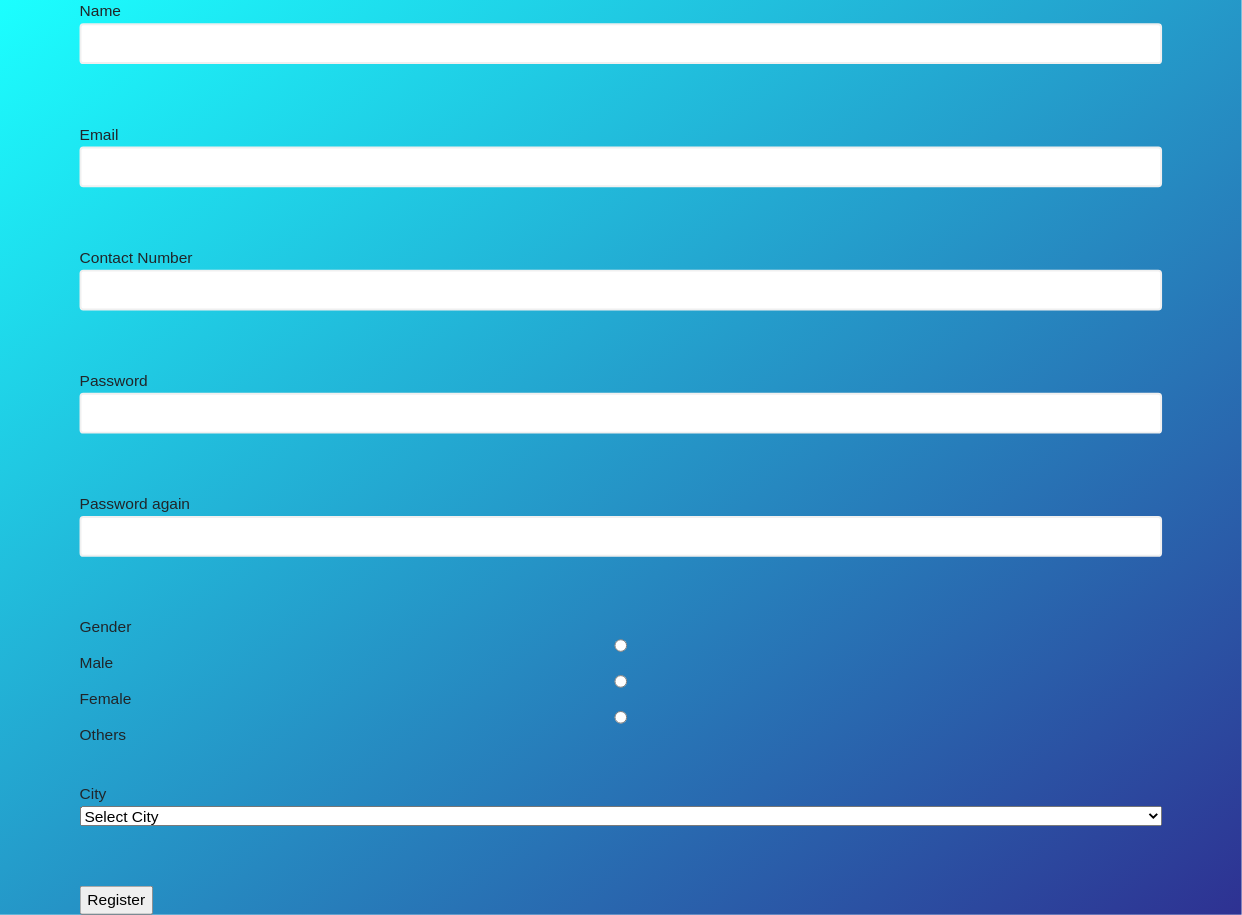
Repository: MD-1107/ISS_Assignment
Page: http://localhost/DemoRegisterLogin/Register
These files come from the project's save history. The page is drawn as it stood at one moment and after the next save; the edit follows.
The browser window is 1280 px wide. The pictures show the whole page, at 97% of full size.
The page is served by Tomcat 9. Other server files are loaded and not shown.

Above is the page before, as saved 2024-01-03 11:49:54.

### INTEGRATING CLIENT SIDE PROGRAMMING/DemoRegisterLogin/src/main/webapp/register.jsp
<%@ page language="java" contentType="text/html; charset=UTF-8"
    pageEncoding="UTF-8"%>
<!DOCTYPE html>
<html>
<head>
<meta charset="UTF-8">
<title>Insert title here</title>
 <link href="https://cdn.jsdelivr.net/npm/bootstrap@5.3.2/dist/css/bootstrap.min.css" rel="stylesheet" integrity="sha384-T3c6CoIi6uLrA9TneNEoa7RxnatzjcDSCmG1MXxSR1GAsXEV/Dwwykc2MPK8M2HN" crossorigin="anonymous">
 <script src="https://cdn.jsdelivr.net/npm/bootstrap@5.3.2/dist/js/bootstrap.bundle.min.js" integrity="sha384-C6RzsynM9kWDrMNeT87bh95OGNyZPhcTNXj1NW7RuBCsyN/o0jlpcV8Qyq46cDfL" crossorigin="anonymous"></script>
 <script src="script.js"></script>
 <link rel="stylesheet" href="style.css">
</head>
<body>
<div class="container">
<form name="registerForm" action="Register" method="post">

<div class="input-control">
<label for="name">Name</label>
<input type="text" id="name" name="name"/>
<br/> <br/>
<div class="error"></div>
</div>

<div class="input-control">
<label for="email">Email</label>
<input type="email" id="email" name="email"/>
<br/> <br/>
<div class="error"></div>
</div>


<div class="input-control">
<label for="contact">Contact Number</label>
<input type="text" id="contact" name="contact"/>
<br/> <br/>
<div class="error"></div>
</div>


<div class="input-control">
<label for="password">Password</label>
<input type="password" id="password" name="password"/>
<br/> <br/>
<div class="error"></div>
</div>

<div class="input-control">
<label for="password2">Password again</label>
<input type="password" id="password2" name="password2"/>
<br/> <br/>
<div class="error"></div>
</div>

<div class="input-control">
<label for="gender">Gender</label>
<input type="radio" id="gender" name="gender"/> Male<input type="radio" name="gender">Female<input type="radio" name="gender">Others
<br/> <br/>
<div class="error"></div>
</div>

<div class="input-control">
<label for="city">City</label>
<select name="city" id="city">
          <option> Select City </option>
          <option> Delhi </option>
          <option> Mumbai </option>
          <option> Pune </option>
          <option> Bengalore </option>
</select>
<br/> <br/>
<div class="error"></div>
</div>

    <input type="submit" value="Register" />

</form>
</div>
</body>
</html>

### INTEGRATING CLIENT SIDE PROGRAMMING/DemoRegisterLogin/src/main/java/in/sp/backend/Register.java
package in.sp.backend;

import java.io.IOException;
import java.io.PrintWriter;
import java.sql.Connection;
import java.sql.DriverManager;
import java.sql.PreparedStatement;

import javax.servlet.RequestDispatcher;
import javax.servlet.ServletException;
import javax.servlet.annotation.WebServlet;
import javax.servlet.http.HttpServlet;
import javax.servlet.http.HttpServletRequest;
import javax.servlet.http.HttpServletResponse;

/**
 * Servlet implementation class Register
 */
@WebServlet("/Register")
public class Register extends HttpServlet {
	private static final long serialVersionUID = 1L;

    /**
     * @see HttpServlet#HttpServlet()
     */
    public Register() {
        super();
        // TODO Auto-generated constructor stub
    }

	/**
	 * @see HttpServlet#doGet(HttpServletRequest request, HttpServletResponse response)
	 */
	protected void doGet(HttpServletRequest request, HttpServletResponse response) throws ServletException, IOException {
		// TODO Auto-generated method stub
		RequestDispatcher dispatcher = request.getRequestDispatcher("/register.jsp");
        dispatcher.forward(request, response);
	}

	/**
	 * @see HttpServlet#doPost(HttpServletRequest request, HttpServletResponse response)
	 */
	protected void doPost(HttpServletRequest request, HttpServletResponse response) throws ServletException, IOException {
		// TODO Auto-generated method stub

		PrintWriter out= response.getWriter();

		String myName=request.getParameter("name");
		String myEmail=request.getParameter("email");
		String myContact=request.getParameter("contact");
		String myPassword=request.getParameter("password");
		String myGender=request.getParameter("gender");
		String myCity=request.getParameter("city");

		try
		{
			Class.forName("com.mysql.cj.jdbc.Driver");

			String DB_URL = "jdbc:mysql://localhost:3306/iss_practice";
			String USER = "root";
			String PASS = "Maanu1107%";

			Connection connection=DriverManager.getConnection(DB_URL,USER,PASS);

			PreparedStatement ps=connection.prepareStatement("insert into register values(?,?,?,?,?,?);");

			ps.setString(1, myName);
			ps.setString(2, myEmail);
			ps.setString(3, myContact);
			ps.setString(4, myPassword);
			ps.setString(5, myGender);
			ps.setString(6, myCity);


			int count=ps.executeUpdate();

			if(count>0)
			{
				response.setContentType("text/html");
				out.print("<h3 style='color:green'> User registerd successfully</h3>");
				RequestDispatcher rd= request.getRequestDispatcher("/login.jsp");
				rd.include(request, response);
			}
			else
			{
				response.setContentType("text/html");
				out.print("<h3 style='color:red'> User not registerd successfully</h3>");
				RequestDispatcher rd= request.getRequestDispatcher("/register.jsp");
				rd.include(request, response);
			}


		}
		catch (Exception e)
		{
			System.out.println(e);
		}

	}

}

### INTEGRATING CLIENT SIDE PROGRAMMING/DemoRegisterLogin/src/main/webapp/script.js
document.addEventListener('DOMContentLoaded', function () {
    const form = document.forms['registerForm'];
    const name = form['name'];
    const email = form['email'];
    const contact = form['contact'];
    const password = form['password'];
    const password2 = form['password2'];
    const gender = form['gender'];
    const city = form['city'];

    form.addEventListener('submit', function (e) {
        e.preventDefault();
        validateInputs();
    });

    const setError = function (element, message) {
        const inputControl = element.closest('.input-control');
        const errorDisplay = inputControl.querySelector('.error');

        errorDisplay.innerText = message;
        inputControl.classList.add('error');
        inputControl.classList.remove('success');
    };

    const setSuccess = function (element) {
        const inputControl = element.closest('.input-control');
        const errorDisplay = inputControl.querySelector('.error');

        errorDisplay.innerText = '';
        inputControl.classList.add('success');
        inputControl.classList.remove('error');
    };

    const isValidEmail = function (email) {
        const emailFormat = /^(([^<>()[\]\\.,;:\s@"]+(\.[^<>()[\]\\.,;:\s@"]+)*)|(".+"))@((\[[0-9]{1,3}\.[0-9]{1,3}\.[0-9]{1,3}\.[0-9]{1,3}\])|(([a-zA-Z\-0-9]+\.)+[a-zA-Z]{2,}))$/;
        return emailFormat.test(String(email).toLowerCase());
    };

    const validateInputs = function () {
        const nameValue = name.value.trim();
        const emailValue = email.value.trim();
        const contactValue = contact.value.trim();
        const passwordValue = password.value.trim();
        const password2Value = password2.value.trim();
        const genderValue = gender.value;
        const cityValue = city.value;

        if (nameValue === '') {
            setError(name, 'Username is Required');
        } else {
            setSuccess(name);
        }

        if (emailValue === '') {
            setError(email, 'Email is Required');
        } else if (!isValidEmail(emailValue)) {
            setError(email, 'Valid Email is required');
        } else {
            setSuccess(email);
        }

        if (contactValue === '') {
            setError(contact, 'Contact Number is Required');
        } else if (contactValue.length !== 10) {
            setError(contact, 'Provide Valid Contact Number');
        } else {
            setSuccess(contact);
        }

        if (passwordValue === '') {
            setError(password, 'Password is Required');
        } else if (passwordValue.length < 8) {
            setError(password, 'Password should be at least 8 characters');
        } else {
            setSuccess(password);
        }

        if (password2Value === '') {
            setError(password2, 'Please confirm your password');
        } else if (password2Value !== passwordValue) {
            setError(password2, 'The passwords do not match');
        } else {
            setSuccess(password2);
        }

        if (!genderValue) {
            setError(gender, 'Please select a gender');
        } else {
            setSuccess(gender);
        }

        if (cityValue === 'Select City') {
            setError(city, 'Please select a city');
        } else {
            setSuccess(city);
        }
    };
});

### INTEGRATING CLIENT SIDE PROGRAMMING/DemoRegisterLogin/src/main/webapp/style.css
@charset "UTF-8";
body {
    background: linear-gradient(to left top, #2E3192,#1BFFFF);
    font-family: 'Poppins', sans-serif;
}

#form {
    width: 300px;
    margin: 20vh auto 0 auto;
    padding: 20px;
    background-color: whitesmoke;
    border-radius: 4px;
    font-size: 12px;
}

#form h1 {
    color: #0f2027;
    text-align: center;
}

#form button {
    padding: 10px;
    margin-top: 10px;
    width: 100%;
    color: white;
    background-color: rgb(41, 57, 194);
    border: none;
    border-radius: 4px;
}

.input-control {
    display: flex;
    flex-direction: column;
}

.input-control input {
    border: 2px solid #f0f0f0;
	border-radius: 4px;
	display: block;
	font-size: 12px;
	padding: 10px;
	width: 100%;
}

.input-control input:focus {
    outline: 0;
}

.input-control.success input {
    border-color: #09c372;
}

.input-control.error input {
    border-color: #ff3860;
}

.input-control .error {
    color: #ff3860;
    font-size: 9px;
    height: 13px;
}

After the next save:
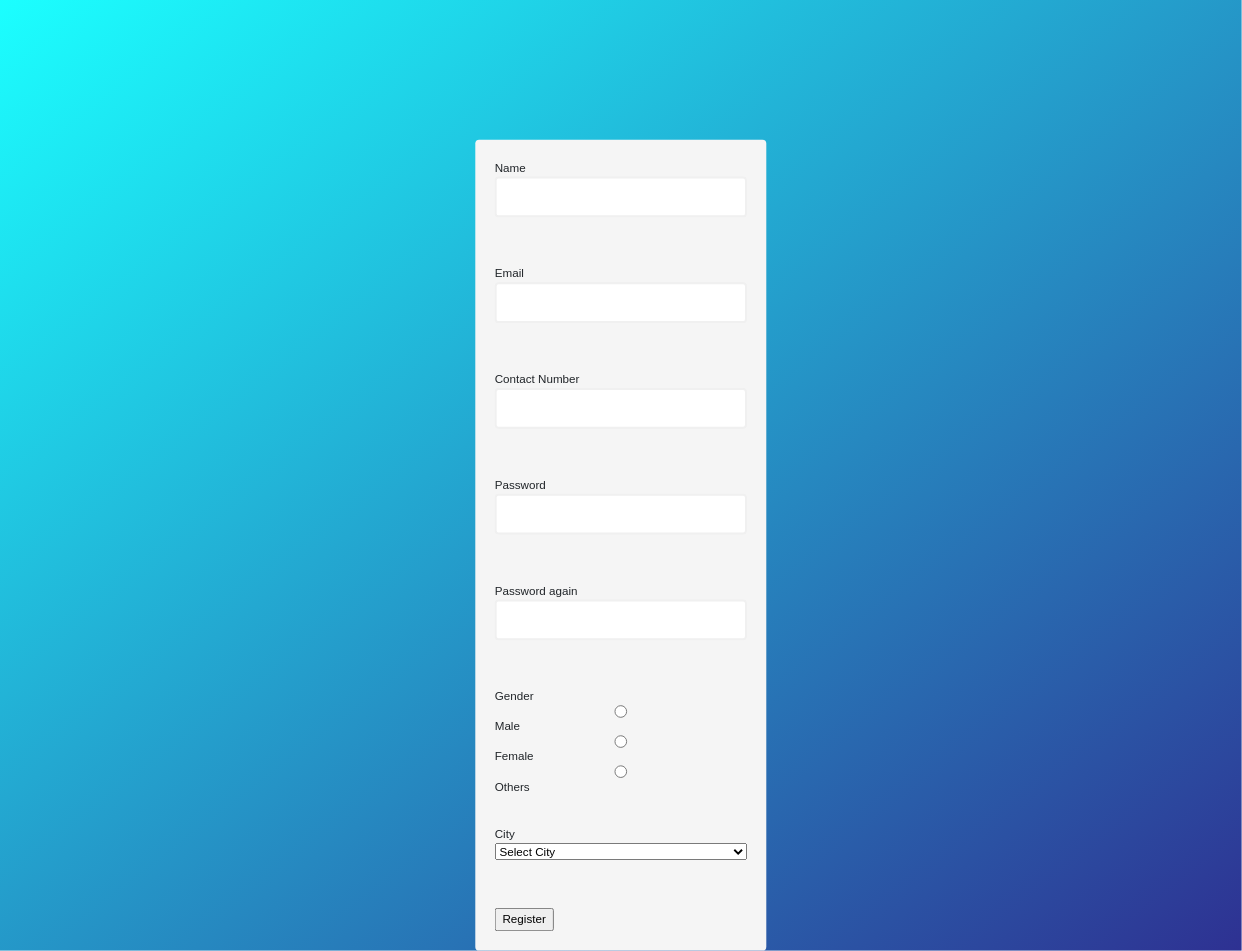
Saved 85 s later.
--- a/INTEGRATING CLIENT SIDE PROGRAMMING/DemoRegisterLogin/src/main/webapp/register.jsp
+++ b/INTEGRATING CLIENT SIDE PROGRAMMING/DemoRegisterLogin/src/main/webapp/register.jsp
@@ -12,7 +12,7 @@
 </head>
 <body>
 <div class="container">
-<form name="registerForm" action="Register" method="post">
+<form id="form" name="registerForm" action="Register" method="post">
 
 <div class="input-control">
 <label for="name">Name</label>
